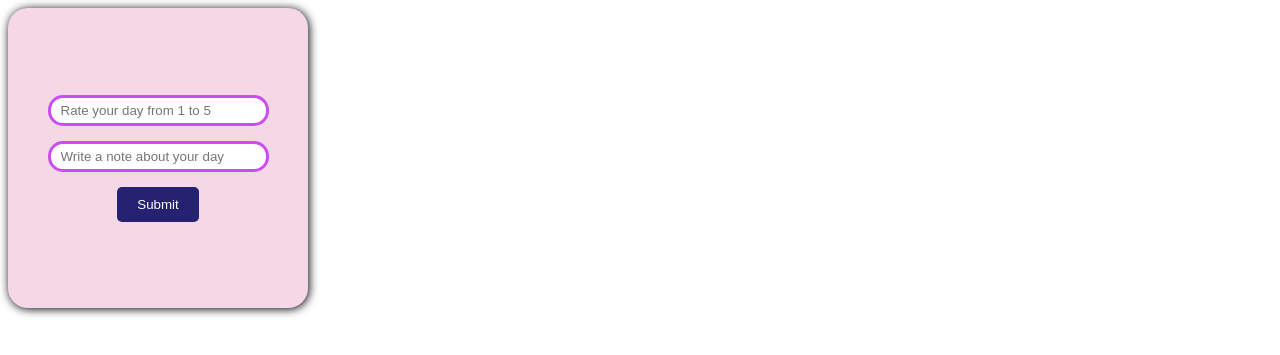
Repository: elenav24/RateMyDay
Page: frontend/index.html
An editor plug-in stored every save of this project. The page is shown before and after the next save, followed by the edit.
The browser window is 1280 px wide. The pictures show the whole page.

Above is the page before, as saved 2025-05-15 01:29:36.

After the next save:
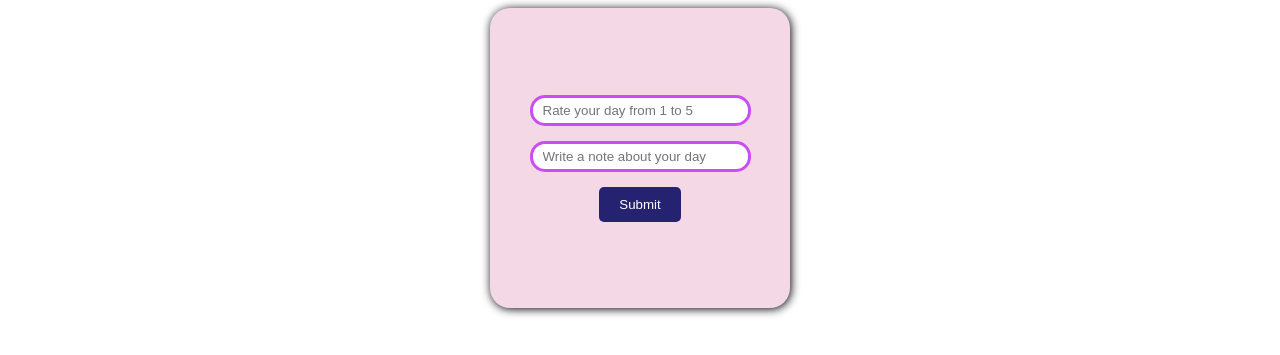
Saved 61 s later.
--- a/frontend/style.css
+++ b/frontend/style.css
@@ -1,4 +1,4 @@
-root {
+body {
     display: flex;
     justify-content: center;
     align-items: center;
